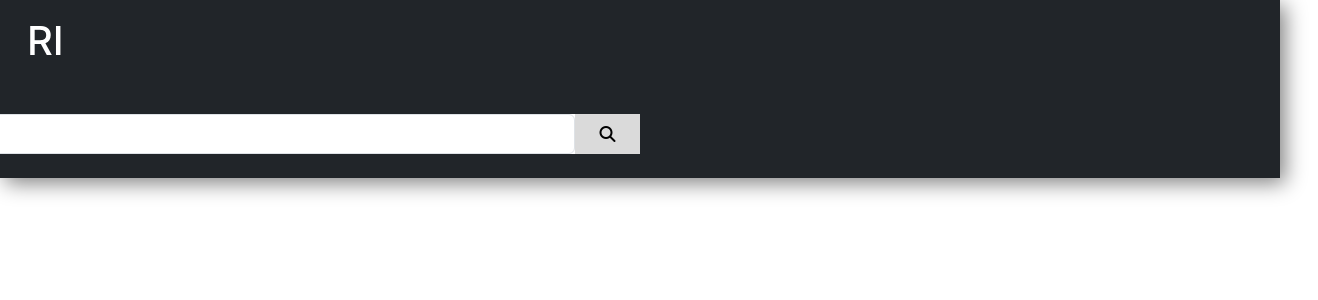
Repository: KodandaraoChellapilli/e-store
Page: /
These files come from the project's save history. The page is drawn as it stood at one moment and after the next save; the edit follows.
The browser window is 1280 px wide. The page is 1318 px wide, then 1292 px, so the pictures cover 1318 px, including what lies to the right of the window. The pictures show the whole page.
The project was rebuilt for these pictures with package versions that can differ from the ones it lists, and the page was loaded fresh each time.

Above is the page before, as saved 2025-06-04 12:24:02.

After the next save:
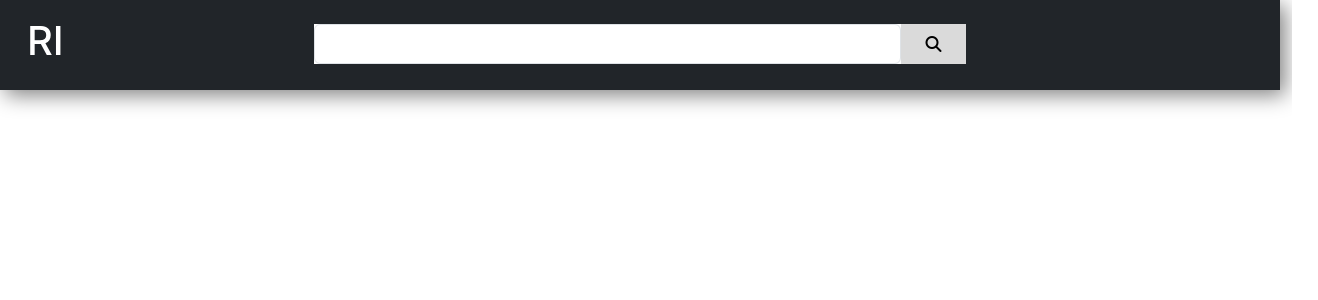
Saved 20 s later.
--- a/src/App.css
+++ b/src/App.css
@@ -11,6 +11,7 @@
   color:white;
   margin-left: 2%;
   padding: 0.8em;
+  width: 23%;
 }
 
 .inp-container input{
